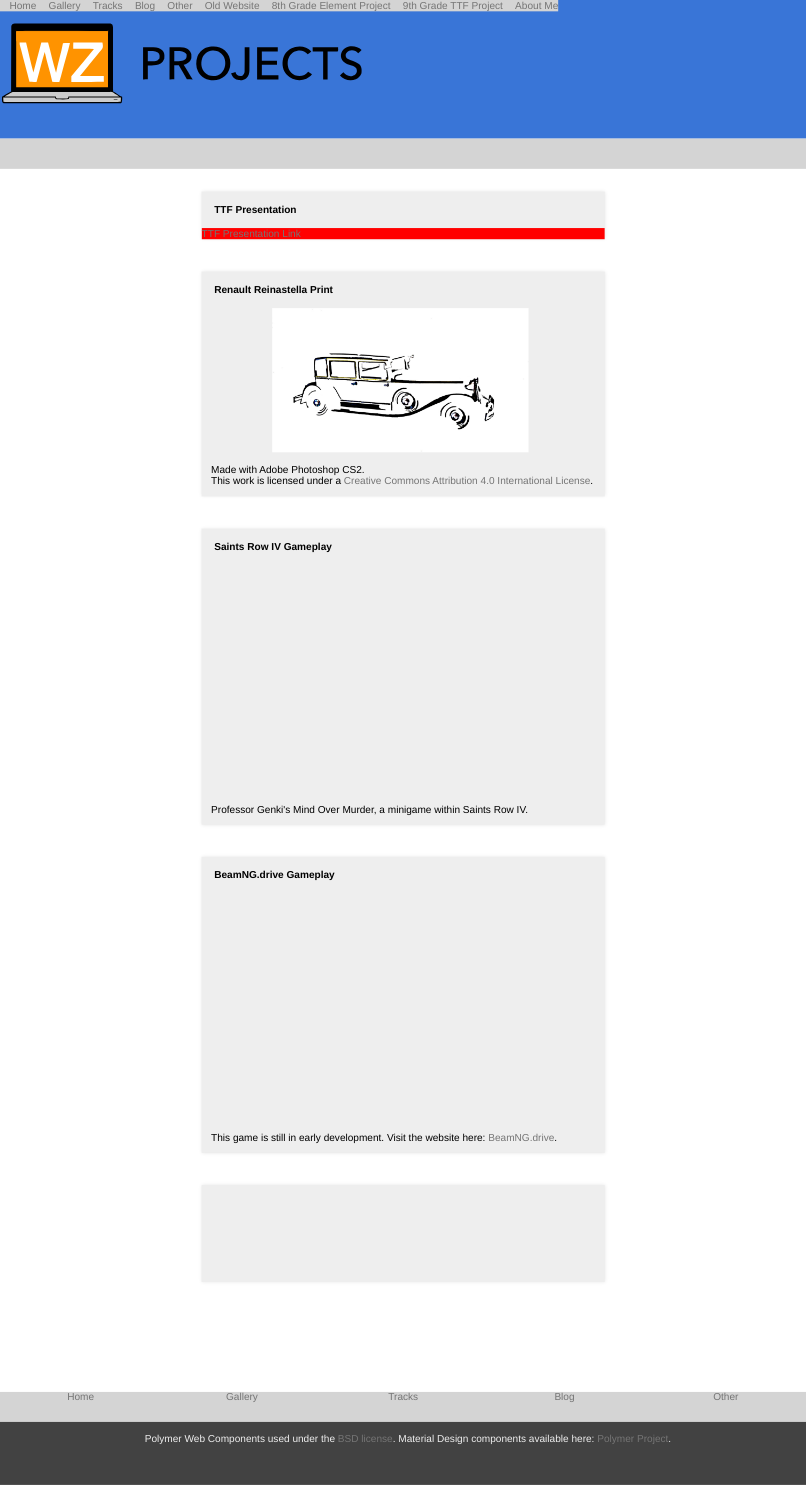
Repository: willzhang05/willzhang05.github.io-old
Page: other.html
The author's editor kept a record of every edit. The page is drawn from the files as they stood at one moment, then again after the next edit.
The browser window is 1280 px wide. The pictures show the whole page, at 63% of full size.
Pictures or frames that could not be fetched are drawn as grey boxes.

Above is the page before.

After the next edit:
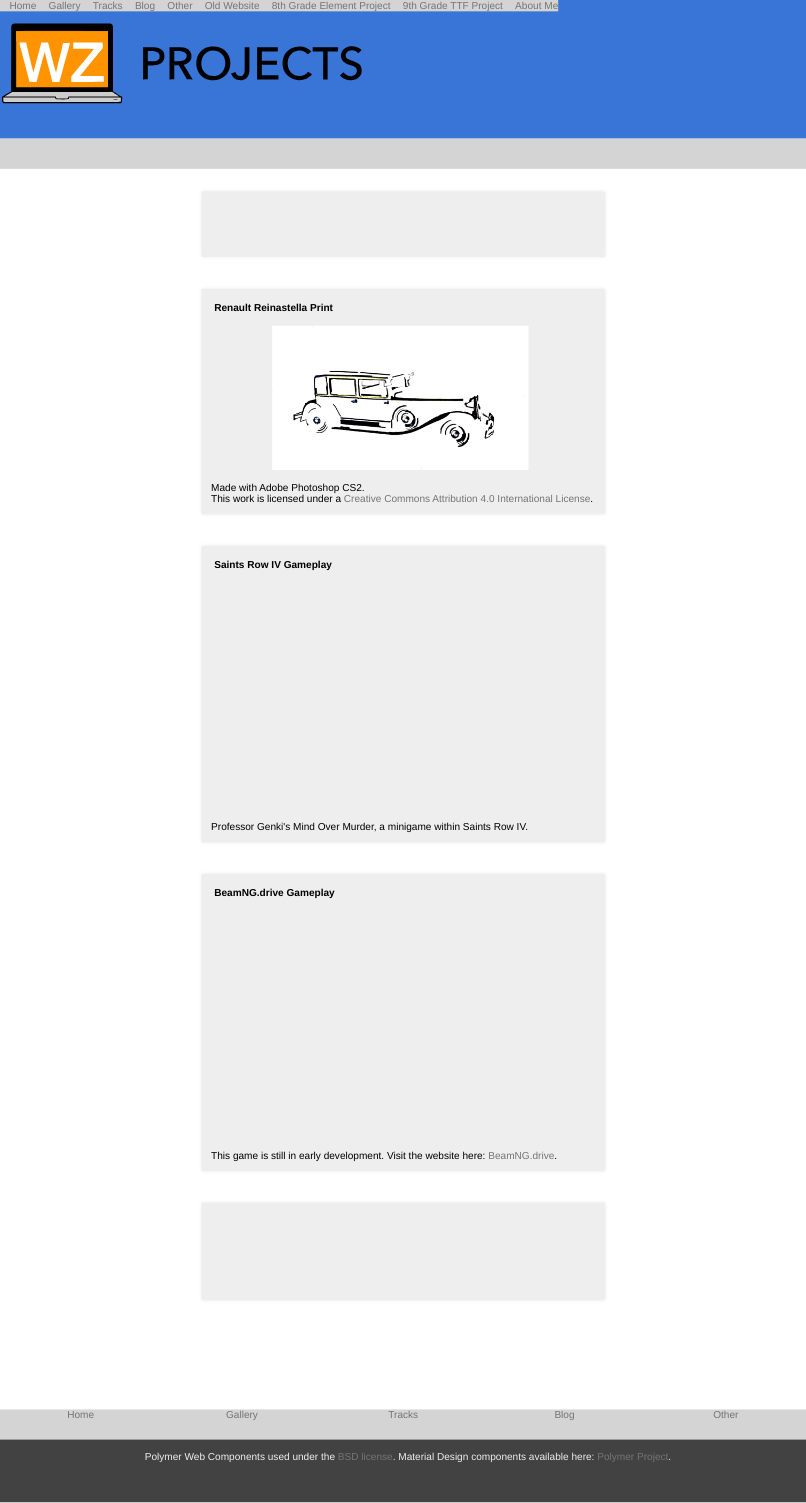
The edit:
--- a/other.html
+++ b/other.html
@@ -89,14 +89,102 @@
 				<div id="content">
 					<paper-shadow z="1">
 						<div class="card">
-							<h1>TTF Presentation</h1>
-							<div style="background-color:red; border:none;">
-								<a class="source" href="http://willzhang05.github.io/bower_components/impress.js/">
-									<paper-item>
-										TTF Presentation Link
-									</paper-item>
-								</a>
-							</div>
+							<paper-item>
+								<canvas id="randomDots" width="300px" height="100px" class="test">
+								</canvas>
+								<script>
+									/*function FakeLoad()
+									{
+									    var d = new Date();
+									    var start = d.getTime();
+
+									    while (new Date().getTime() - start < 0)
+									    {
+									        //emulate 0 secs of loading time
+									    }
+									}
+
+									var canvas = document.getElementById('randomDots');
+									var ctx = canvas.getContext('2d');
+									setInterval(function(){
+										var i=0;
+										var x=canvas.width*0.5;
+										var y=canvas.height*0.5;
+										var randomPoints=new Array(1000);
+										for (i in randomPoints){
+											randomPoints.prototype.fill(ctx.fillRect(x,y,1,1));
+										}
+				  						for (var n=0;n<1000;n++){
+				  							for (i in randomPoints){
+				  								var randint = Math.random(1,4);
+				  								if (randint==1){
+				  									ctx.moveTo(x+1,y);
+				  									ctx.stroke();
+				  								} else if (randint==2){
+				  									ctx.moveTo(x-1,y);
+				  									ctx.stroke();
+				  								} else if (randint==3){
+				  									ctx.moveTo(x,y+1);
+				  									ctx.stroke();
+				  								} else {
+				  									ctx.moveTo(x,y-1);
+				  									ctx.stroke();
+				  								}
+				  								FakeLoad();
+				  							}
+				  						}
+									},1000/15)*/
+
+									var canvas = document.getElementById("randomDots"),
+									    context = canvas.getContext("2d");
+
+									//update and animate the screen
+									var FPS = 60;
+									setInterval(function() {
+									  //update();
+									  draw();
+									}, 1000/FPS);
+
+									var dy = 5,
+									    blocks = [],
+									    minWait = 1000,
+									    lastTime = +new Date();
+
+									function Block(x,y,width,height){
+									    this.x = x;
+									    this.y = y;
+									    this.width = width;
+									    this.height = height;
+									}
+
+									Block.prototype.update = function(){
+									    if(this.y < 360){
+									        this.y+=dy;
+									    }else{
+									        this.y = 0;
+									    }
+									};
+
+									Block.prototype.render = function(){
+									    context.fillRect(this.x, this.y, this.width, this.height);
+									};
+
+									//draw the screen
+									function draw() {
+									    if(+new Date() > lastTime + minWait){
+									        lastTime = +new Date();
+									        blocks.push(new Block(Math.random()*300, 0,20,20));
+									    }
+
+									    context.clearRect(0,0,canvas.width, canvas.height);
+
+									        blocks.forEach(function(e){
+									            e.update();
+									            e.render();
+									        });
+									}
+								</script>
+							</paper-item>
 						</div>
 					</paper-shadow>
 					<paper-shadow z="1">
